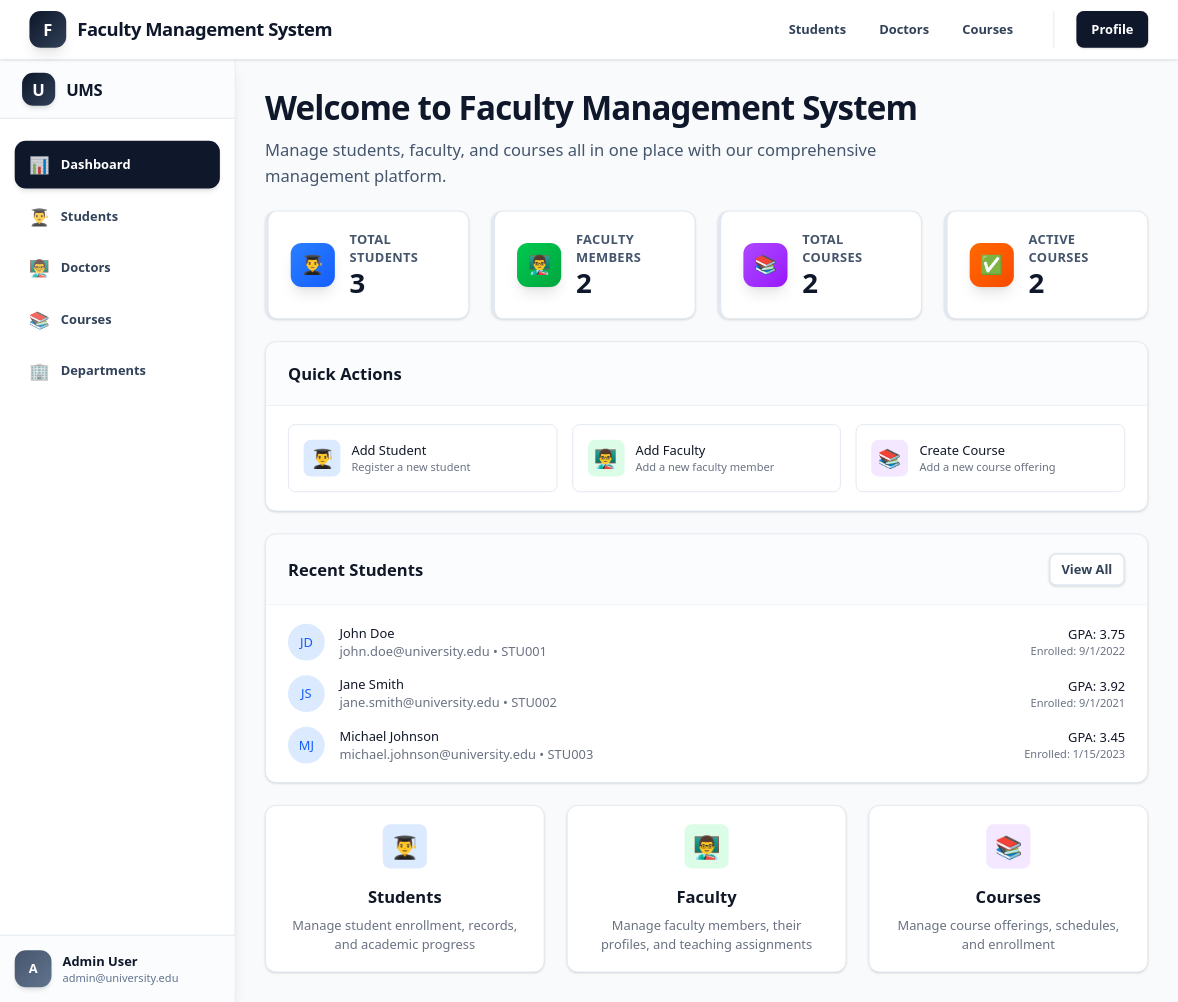
Repository: Mohamedmohsen179/Advanced-DB-Task
Page: / (app in frontend/)
These files come from the project's save history. The page is drawn as it stood at one moment and after the next save; the edit follows.
The browser window is 1280 px wide. The pictures show the whole page, at 92% of full size.
The page's requests for data from a server got no answer. The project was rebuilt for these pictures with package versions that can differ from the ones it lists, and the page was loaded fresh each time. The framework's server and built-in components were replaced by stand-ins that run in the browser. No one was signed in, and anything a server would have sent is missing. Also part of the build but not shown: frontend/next.config.ts.

Above is the page before, as saved 2025-11-28 19:49:48.

After the next save:
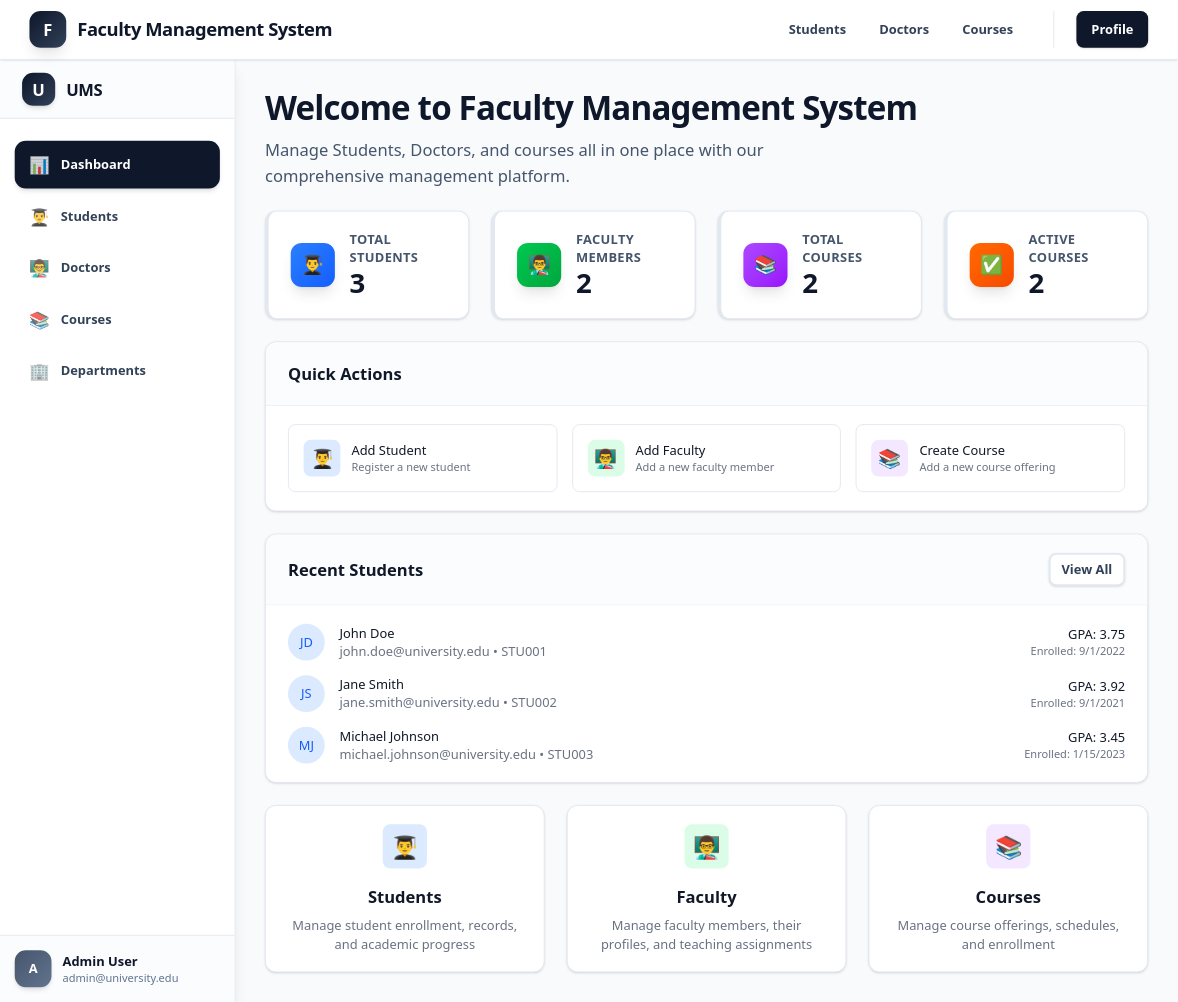
Saved 15 s later.
--- a/frontend/app/page.tsx
+++ b/frontend/app/page.tsx
@@ -65,7 +65,7 @@ export default function Home() {
       <div className="text-center lg:text-left">
         <h1 className="text-4xl font-bold text-slate-900 tracking-tight">Welcome to Faculty Management System</h1>
         <p className="mt-3 text-lg text-slate-600 max-w-2xl">
-          Manage students, faculty, and courses all in one place with our comprehensive management platform.
+          Manage Students, Doctors, and courses all in one place with our comprehensive management platform.
         </p>
       </div>
 
